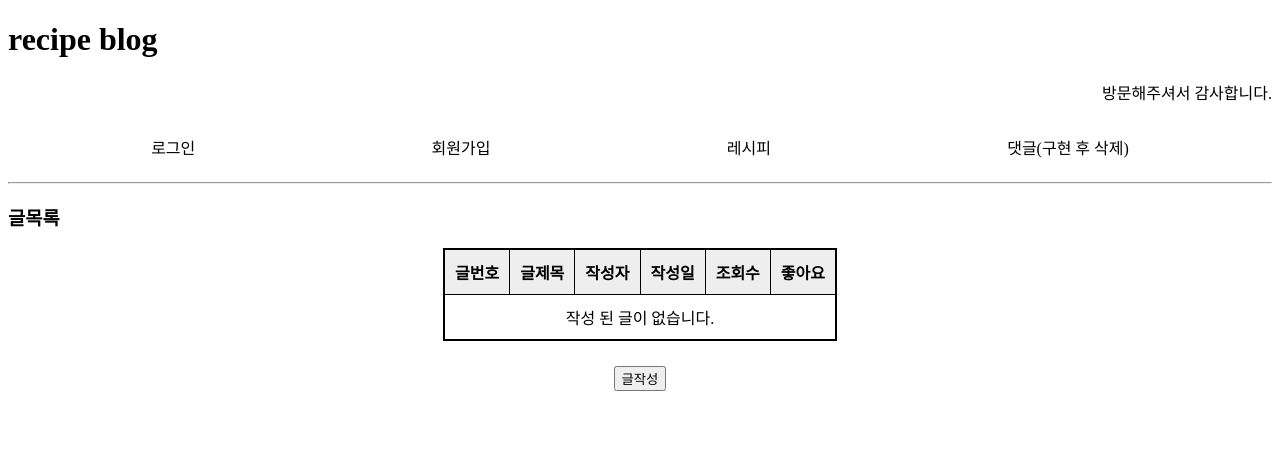
Repository: jeong-hyeran/recipe
Page: http://localhost/recipe/WEB-INF/views/board/list.jsp
These files come from the project's save history. The page is drawn as it stood at one moment and after the next save; the edit follows.
The browser window is 1280 px wide. The pictures show the whole page.
The page is served by Tomcat 9. Nobody is signed in. The template is opened directly, without the code that normally fills it, so the values that code supplies are empty.

Above is the page before, as saved 2023-09-27 05:35:03.

After the next save:
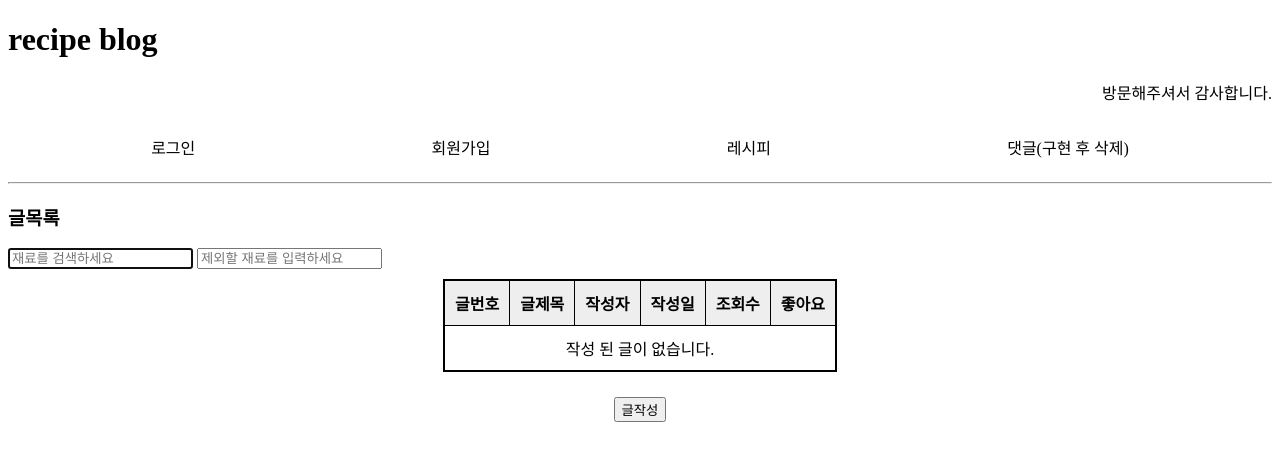
Saved 32 min 4 s later.
--- a/recipe_project/recipe/src/main/webapp/WEB-INF/views/board/list.jsp
+++ b/recipe_project/recipe/src/main/webapp/WEB-INF/views/board/list.jsp
@@ -3,6 +3,13 @@
 <%@ include file="../header.jsp" %>
 <div id="boardList">
 <h3>글목록</h3>
+
+<div id="search">
+	<form method="POST">
+		<input type="search" name="keyword" placeholder="재료를 검색하세요" autofocus>
+		<input type="search" name="excludeKeyword" placeholder="제외할 재료를 입력하세요">
+	</form>
+</div>
 
 <table>
 	<thead>
